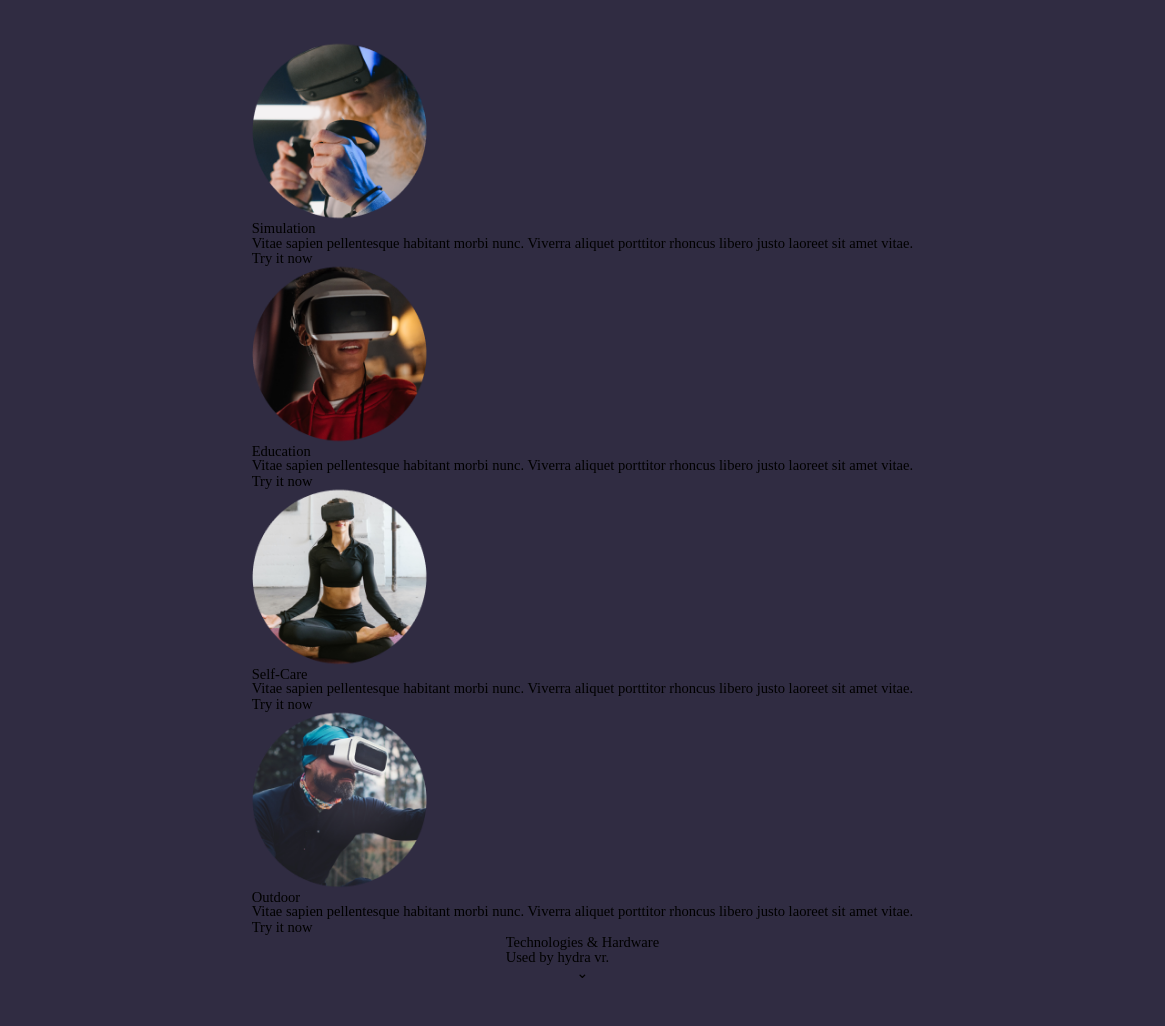
Repository: xMargi/Hydra-LandingPage
Page: index.html
The author's editor kept a copy of each file at every save. The page is drawn from the files as they stood at one save, then again after the next save.
The browser window is 1280 px wide. The pictures show the whole page, at 91% of full size.

Above is the page before, as saved 2023-06-07 20:04:55.

### index.html
    <!DOCTYPE html>
    <html lang="pt-br">
    <head>
        <meta charset="UTF-8">
        <meta http-equiv="X-UA-Compatible" content="IE=edge">
        <meta name="viewport" content="width=device-width, initial-scale=1.0">
        <title>Hydra - Landing Page</title>
        <link rel="stylesheet" href="./reset.css">
        <link rel="stylesheet" href="./style.css">
    </head>
    <body>
        <div class="cartoes">
            <div class="cartao">
                <img src="./assets/1.png" alt="Mulher jogando em realidade virtual">
                <h1 class="cartao__titulo">Simulation</h1>
                <p class="cartao__paragrafo">Vitae sapien pellentesque habitant morbi
                nunc. Viverra aliquet porttitor rhoncus
                libero justo laoreet sit amet vitae.</p>
                <button class="cartao__button">Try it now</button>
            </div>
            <div class="cartao">
                <img src="./assets/2.png" alt="Homem usando um óculos de realidade virtual">
                <h1 class="cartao__titulo">Education</h1>
                <p class="cartao__paragrafo">Vitae sapien pellentesque habitant morbi
                nunc. Viverra aliquet porttitor rhoncus
                libero justo laoreet sit amet vitae.</p>
                <button class="cartao__button">Try it now</button>
            </div>
            <div class="cartao">
                <img src="./assets/3.png" alt="Mulher meditando com óculos de realidade virtual">
                <h1 class="cartao__titulo">Self-Care</h1>
                <p class="cartao__paragrafo">Vitae sapien pellentesque habitant morbi
                nunc. Viverra aliquet porttitor rhoncus
                libero justo laoreet sit amet vitae.</p>
                <button class="cartao__button">Try it now</button>
            </div>
            <div class="cartao">
                <img src="./assets/4.png" alt="Homem fazendo exercicíos utilizando um óculos de realidade virtual">
                <h1 class="cartao__titulo">Outdoor</h1>
                <p class="cartao__paragrafo">Vitae sapien pellentesque habitant morbi
                nunc. Viverra aliquet porttitor rhoncus
                libero justo laoreet sit amet vitae.</p>
                <button class="cartao__button">Try it now</button>
            </div>
        </div>
        <div class="container__imagem">
            <h1 class="imagem__titulo">Technologies & Hardware</h1>
            <p class="imagem__paragrafo">Used by hydra vr.</p>
        </div>
        <button class="botao__baixo">&#8964</button>
        <script src="./script.js"></script>
    </body>
    </html>

### style.css
@import url('https://fonts.googleapis.com/css2?family=Montserrat:wght@300;400;700&display=swap');

:root{

    --fonte: 'Montserrat', sans-serif;
    --cor-fundo: #302C42;
    --cor-cartao: radial-gradient(50% 50% at 50% 50%, #433D60 0%, #211E2E 100%);
    --cor-button: linear-gradient(90deg, #8176AF 0%, #C0B7E8 100%);
    --cor-branca: #FFFFFF;
    --cor-texto: #343045;

}

body{
    box-sizing: border-box;
    background: var(--cor-fundo);
    display: flex;
    align-items: center;
    flex-direction: column;
    padding: 3rem 5.4375rem;

}

Loaded but not shown: main/reset.css (common file); script.js (no copy from this time; the picture is the same without it)

After the next save:
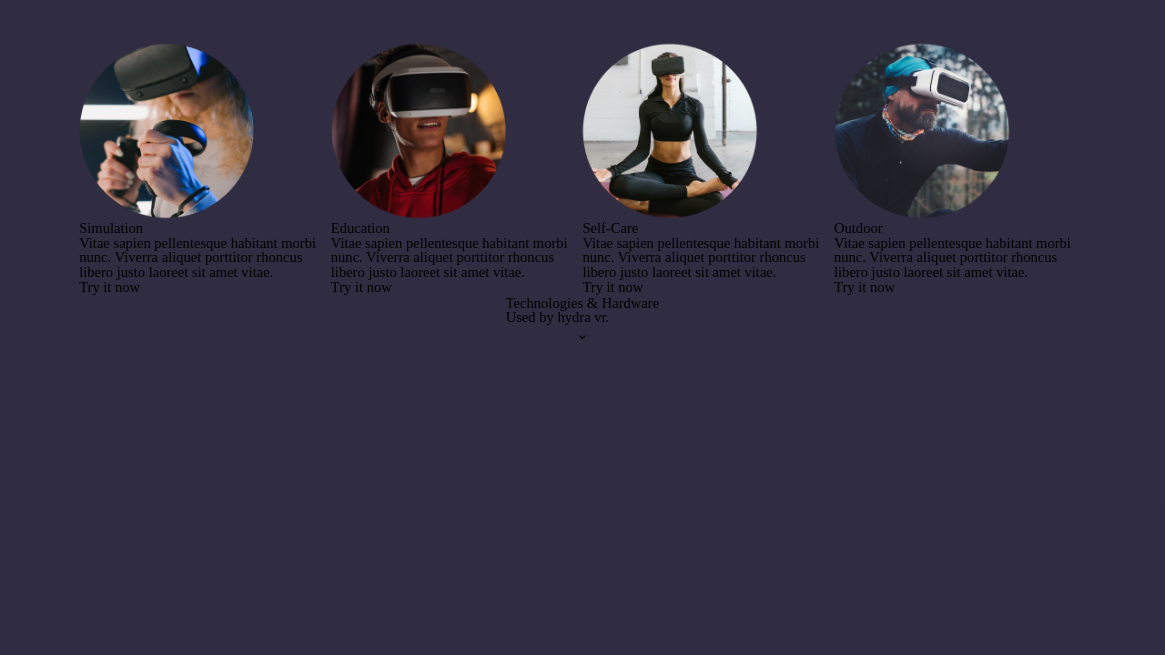
Saved 19 s later.
--- a/style.css
+++ b/style.css
@@ -20,3 +20,9 @@ body{
     padding: 3rem 5.4375rem;
 
 }
+
+.cartoes{
+
+    display: flex;
+
+}
